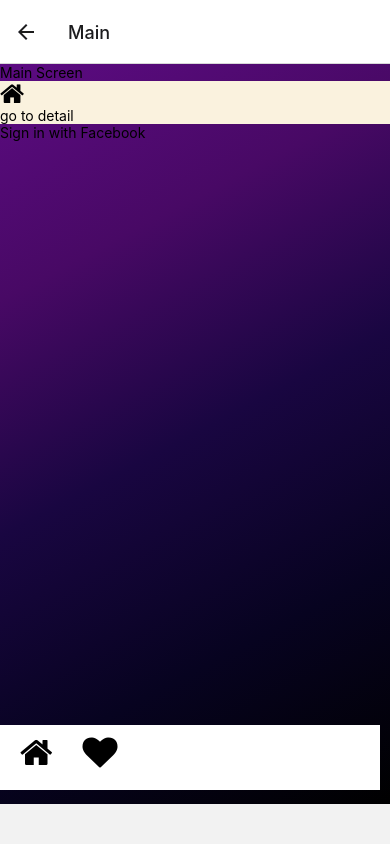
Repository: eyebone/barManager
Screen: /Main
An editor plug-in stored every save of this project. The screen is shown before and after the next save, followed by the edit.
The app was drawn by React Native's web renderer in a window 390 px wide. The project was rebuilt for these pictures with package versions that can differ from the ones it lists, and the page was loaded fresh each time. Also part of the build but not shown: components/EmojiPicker.js, components/Button.js, components/ImageViewer.js, components/circleButton.js, components/IconButton.js, view/ViewOne.js, view/Sign.js.

Above is the screen before, as saved 2023-06-26 17:17:11.

After the next save:
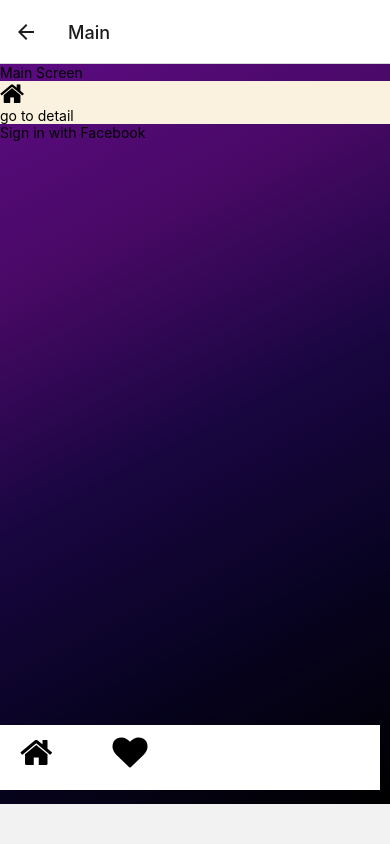
Saved 6 s later.
--- a/components/NavigationBar.js
+++ b/components/NavigationBar.js
@@ -31,7 +31,7 @@ export function NavigationBar({navigation}) {
           <FontAwesome
             name="heart"
             size={35}
-            style={{ marginLeft: 30, marginTop: 10 }}
+            style={{ marginLeft: 60, marginTop: 10 }}
           ></FontAwesome>
         </Pressable>
       </View>
